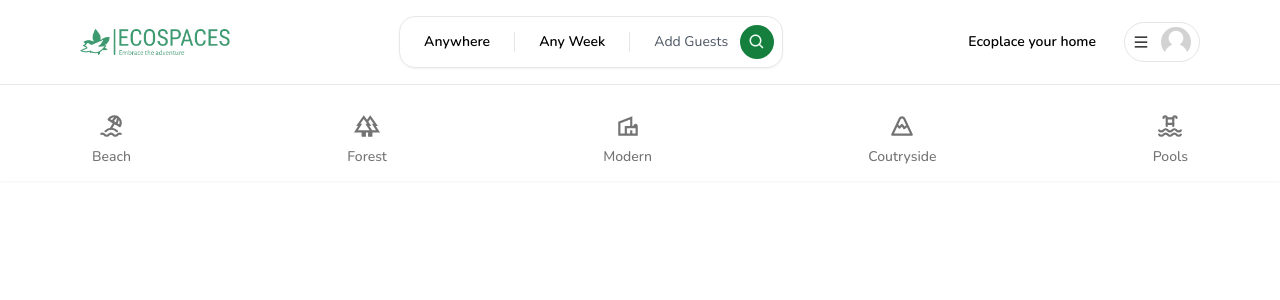
Repository: LubegaH/Ecospaces
Page: /
An editor plug-in stored every save of this project. The page is shown before and after the next save, followed by the edit.
The browser window is 1280 px wide. The pictures show the whole page.
The page's requests for data from a server got no answer. The project was rebuilt for these pictures with package versions that can differ from the ones it lists, and the page was loaded fresh each time. The framework's server and built-in components were replaced by stand-ins that run in the browser. No one was signed in, and anything a server would have sent is missing. Also part of the build but not shown: next.config.js, app/components/nabar/MenuItem.tsx, app/components/Button.tsx, app/components/modals/Modal.tsx, app/components/Heading.tsx, app/components/input/Input.tsx.

Above is the page before, as saved 2023-08-11 19:04:36.

### app/layout.tsx
import './globals.css';
import { Nunito } from 'next/font/google';
import React from 'react';
import Navbar from '@/app/components/nabar/Navbar';
import ClientOnly from '@/app/components/ClientOnly';
import RegisterModel from '@/app/components/modals/RegisterModel';
import Modal from '@/app/components/modals/Modal';
import ToasterProvider from './providers/ToasterProvider';
import LoginModel from './components/modals/LoginModel';
import getCurrentUser from './actions/getCurrentUser';

const nunito = Nunito({ subsets: ['latin'] });

export const metadata = {
  title: 'Ecospaces',
  description: 'The quickest way to find lodges',
};

export default async function RootLayout({
  children,
}: {
  children: React.ReactNode;
}) {
  const currentUser = await getCurrentUser();
  return (
    <html lang='en'>
      <body className={nunito.className}>
        <ClientOnly>
          {/*<Modal title={'Hello World'} isOpen actionLabel="Sign In"/>*/}
          <ToasterProvider />
          <RegisterModel />
          <LoginModel />
          <Navbar currentUser={currentUser} />
        </ClientOnly>

        {children}
      </body>
    </html>
  );
}

### app/components/nabar/Navbar.tsx
'use client';
import Container from '../Container';
import Logo from '@/app/components/nabar/Logo';
import Search from '@/app/components/nabar/Search';
import UserMenu from '@/app/components/nabar/UserMenu';
import { SafeUser } from '@/app/types';
import Categories from './Categories';

interface NavbarProps {
  currentUser?: SafeUser | null;
}

const Navbar: React.FC<NavbarProps> = ({ currentUser }) => {
  return (
    <div className='fixed w-full bg-white z-10 shadow-sm'>
      <div className='py-4 border-b-[1px]'>
        <Container>
          <div
            className='
                    flex
                    flex-row
                    items-center
                    justify-between
                    gap-3
                    md:gap-0'
          >
            <Logo />
            <Search />
            <UserMenu currentUser={currentUser} />
          </div>
        </Container>
      </div>
      <Categories />
    </div>
  );
};

export default Navbar;

### app/components/ClientOnly.tsx
'use client';

import React, {useEffect, useState} from "react";

interface ClientOnlyProps{
    children: React.ReactNode;
}

const ClientOnly: React.FC<ClientOnlyProps> = ({children}) => {
    const [hasMounted, setHasMounted] = useState(false)

    useEffect(() => {
        setHasMounted(true)
    }, []);

    if(!hasMounted) {
        return null;
    }
    return(
        <>
            {children}
        </>
    )
}

export default ClientOnly

### app/components/modals/RegisterModel.tsx
'use client';

/**
 * RegisterModel Component
 *
 * A component for the registration modal in the application.
 *
 * Props:
 * - None
 *
 * Usage:
 * ```tsx
 * <RegisterModel />
 * ```
 */

import axios from 'axios';
import { AiFillGithub } from 'react-icons/ai';
import { FcGoogle } from 'react-icons/fc';
import { useState, useCallback } from 'react';
import {
  FieldValue,
  FieldValues,
  SubmitHandler,
  useForm,
} from 'react-hook-form';
import useRegisterModal from '@/app/hooks/useRegisterModal';
import Modal from './Modal';
import Heading from '../Heading';
import Input from '../input/Input';
import { toast } from 'react-hot-toast';
import Button from '../Button';
import { signIn } from 'next-auth/react';

/**
 * RegisterModel Component
 *
 * A component for the registration modal in the application.
 *
 * @returns The RegisterModel component.
 */

const RegisterModel = () => {
  const registerModal = useRegisterModal();
  const [isLoading, setIsLoading] = useState(false);

  /**
   * React Hook Form configuration
   */
  const {
    register,
    handleSubmit,
    formState: { errors },
  } = useForm<FieldValues>({
    defaultValues: {
      name: '',
      email: '',
      password: '',
    },
  });

  /**
   * Form submission handler
   *
   * @param data - The form data submitted by the user.
   */
  const onSubmit: SubmitHandler<FieldValues> = (data) => {
    setIsLoading(true);
    axios
      .post('/api/register', data)
      .then(() => {
        // Registration successful
        registerModal.onClose();
      })
      .then(() => {
        registerModal.onClose();
      })
      .catch((error) => {
        // Error occurred during registration
        toast.error('Oops! Something went wrong...');
      })
      .finally(() => {
        // Reset loading state
        setIsLoading(false);
      });
  };

  /**
   * JSX content for the modal body
   */
  const bodyContent = (
    <div className='flex flex-col gap-4'>
      <Heading title='Welcome to Ecospaces' subtitle='Create an account' />
      <Input
        id='email'
        register={register}
        label='Email'
        disabled={isLoading}
        errors={errors}
        required
      />
      <Input
        id='name'
        register={register}
        label='Name'
        disabled={isLoading}
        errors={errors}
        required
      />
      <Input
        id='password'
        type='password'
        register={register}
        label='Password'
        disabled={isLoading}
        errors={errors}
        required
      />
    </div>
  );

  const footerContent = (
    <div className='flex flex-col gap-4 mt-3'>
      <hr />
      {/* TODO: Fix github-auth error */}
      <Button
        outline
        label='Continue with Google'
        icon={FcGoogle}
        onClick={() => signIn('google')}
      />
      {/* TODO: Fix google-auth error */}
      <Button
        outline
        label='Continue with Github'
        icon={AiFillGithub}
        onClick={() => signIn('github')}
      />
      <div className='text-neutral-500 text-center mt-4 font-light'>
        <div className='flex flex-row items-center gap-2 justify-center'>
          <div>Already have an account?</div>
          <div
            onClick={registerModal.onClose}
            className='text-green-700 cursor-pointer hover:underline font-semibold'
          >
            Log in
          </div>
        </div>
      </div>
    </div>
  );

  return (
    <Modal
      isOpen={registerModal.isOpen}
      disabled={isLoading}
      title='Register'
      actionLabel='Continue'
      onClose={registerModal.onClose}
      onSubmit={handleSubmit(onSubmit)}
      body={bodyContent}
      footer={footerContent}
    />
  );
};

export default RegisterModel;

### app/components/modals/LoginModel.tsx
'use client';

import axios from 'axios';
import { AiFillGithub } from 'react-icons/ai';
import { FcGoogle } from 'react-icons/fc';
import { useState, useCallback } from 'react';
import {
  FieldValue,
  FieldValues,
  SubmitHandler,
  useForm,
} from 'react-hook-form';
import useRegisterModal from '@/app/hooks/useRegisterModal';
import useLoginModel from '@/app/hooks/useLoginModal';
import Modal from './Modal';
import Heading from '../Heading';
import Input from '../input/Input';
import { toast } from 'react-hot-toast';
import Button from '../Button';
import { signIn } from 'next-auth/react';
import { useRouter } from 'next/navigation';

/**
 * LoginModel Component
 *
 * A component for the registration modal in the application.
 *
 * @returns The LoginModel component.
 */

const LoginModel = () => {
  const registerModal = useRegisterModal();
  const loginModal = useLoginModel();
  const [isLoading, setIsLoading] = useState(false);
  const router = useRouter();

  /**
   * React Hook Form configuration
   */
  const {
    register,
    handleSubmit,
    formState: { errors },
  } = useForm<FieldValues>({
    defaultValues: {
      email: '',
      password: '',
    },
  });

  /**
   * Form submission handler
   *
   * @param data - The form data submitted by the user.
   */
  const onSubmit: SubmitHandler<FieldValues> = (data) => {
    setIsLoading(true);

    signIn('credentials', {
      ...data,
      redirect: false,
    }).then((callback) => {
      setIsLoading(false);

      if (callback?.ok) {
        toast.success('You are in!');
        router.refresh();
        loginModal.onClose();
      }

      if (callback?.error) {
        toast.error(callback.error);
      }
    });
  };

  /**
   * JSX content for the modal body
   */
  const bodyContent = (
    <div className='flex flex-col gap-4'>
      <Heading
        title='Happy to see you back!'
        subtitle='Login to your account'
      />
      <Input
        id='email'
        register={register}
        label='Email'
        disabled={isLoading}
        errors={errors}
        required
      />
      <Input
        id='password'
        type='password'
        register={register}
        label='Password'
        disabled={isLoading}
        errors={errors}
        required
      />
    </div>
  );

  const footerContent = (
    <div className='flex flex-col gap-4 mt-3'>
      <hr />
      <Button
        outline
        label='Continue with Google'
        icon={FcGoogle}
        onClick={() => signIn('google')}
      />
      <Button
        outline
        label='Continue with Github'
        icon={AiFillGithub}
        onClick={() => signIn('github')}
      />
      <div className='text-neutral-500 text-center mt-4 font-light'>
        <div className='flex flex-row items-center gap-2 justify-center'>
          <div>Already have an account?</div>
          <div
            onClick={registerModal.onClose}
            className='text-green-700 cursor-pointer hover:underline font-semibold'
          >
            Log in
          </div>
        </div>
      </div>
    </div>
  );

  return (
    <Modal
      isOpen={loginModal.isOpen}
      disabled={isLoading}
      title='Login'
      actionLabel='Continue'
      onClose={loginModal.onClose}
      onSubmit={handleSubmit(onSubmit)}
      body={bodyContent}
      footer={footerContent}
    />
  );
};

export default LoginModel;

### app/actions/getCurrentUser.ts
import { getServerSession } from 'next-auth/next';
import { authOptions } from '@/pages/api/auth/[...nextauth]';
import prisma from '@/app/libs/prismadb';

export async function getSession() {
  return await getServerSession(authOptions);
}

export default async function getCurrentUser() {
  try {
    const session = await getSession();

    if (!session?.user?.email) {
      return null;
    }

    const currentUser = await prisma.user.findUnique({
      where: {
        email: session.user.email as string,
      },
    });

    if (!currentUser) {
      return null;
    }
    return {
      ...currentUser,
      createdAt: currentUser.createdAt.toISOString(),
      updatedAt: currentUser.updatedAt.toISOString(),
      emailVerified: currentUser.emailVerified?.toISOString() || null,
    };
  } catch (error: any) {
    return null;
  }
}

### app/components/Container.tsx
'use client';

import React from "react";

interface ContainerProps {
    children: React.ReactNode
}
const Container: React.FC<ContainerProps> = ({children}) => {
    return (
        <div className="max-w-[2520px]
        mx-auto
        xl:px-20
        md:px-10
        sm:px-2
        px-4"> {children}</div>
    )
}

export default Container;

### app/components/nabar/Logo.tsx
'use client'

import Image from 'next/image'
import {useRouter} from "next/navigation";

const Logo = () => {
    const router = useRouter()

    return (
        <Image
            src="/images/ecospace_logo.png"
            alt="Logo"
            className="hidden md:block cursor-pointer"
            width="150"
            height="150"
        />
    )
}

export default Logo

### app/components/nabar/Search.tsx
'use client'

import {BiSearch} from "react-icons/bi";

const Search = () => {

    return (
        <div className="
        border-[1px]
        w-full
        md:w-auto
        py-2
        rounded-2xl
        shadow-sm
        hover:shadow-md
        transition
        cursor-pointer">

            <div className="flex flex-row items-center justify-between">
                <div className="text-sm font-semibold px-6">Anywhere</div>
                <div className="
                hidden
                sm:block
                text-sm
                font-semibold
                px-6
                border-x-[1px]
                flex-1
                text-center">
                    Any Week
                </div>
                <div className="
                text-sm
                pl-6
                pr-2
                text-gray-600
                flex
                flex-row
                items-center
                gap-3">
                    <div className="hidden sm:block">Add Guests</div>
                    <div className="p-2 bg-green-700 rounded-full text-green-50">
                        <BiSearch size={18}/>
                    </div>
                </div>
            </div>
        </div>
    );
}

export default Search

### app/components/nabar/UserMenu.tsx
'use client';

import { AiOutlineMenu } from 'react-icons/ai';
import Avatar from '@/app/components/Avatar';
import React, { useCallback, useState } from 'react';
import MenuItem from '@/app/components/nabar/MenuItem';
import useRegisterModel from '@/app/hooks/useRegisterModal';
import useLoginModel from '@/app/hooks/useLoginModal';
import { signOut } from 'next-auth/react';
import { SafeUser } from '@/app/types';

interface UserMenuProps {
  currentUser?: SafeUser | null;
}

const UserMenu: React.FC<UserMenuProps> = ({ currentUser }) => {
  const [isOpen, setIsOpen] = useState(false);
  const regiserModal = useRegisterModel();
  const loginModal = useLoginModel();

  const toggleOpen = useCallback(() => {
    setIsOpen((value) => !value);
  }, []);

  return (
    <div className='relative'>
      <div className='flex flex-row items-center gap-3'>
        <div
          className='
                hidden
                md:block
                text-sm
                font-semibold
                py-3
                px-4
                rounded-full
                hover:bg-neutral-100
                transition
                cursor-pointer'
          onClick={() => {}}
        >
          Ecoplace your home
        </div>
        <div
          onClick={toggleOpen}
          className='
                p-4
                md:py-1
                md:px-2
                border-[1px]
                border-neutral-200
                flex
                flex-row
                items-center
                gap-3
                rounded-full
                cursor-pointer
                hover:shadow-md
                transtion'
        >
          <AiOutlineMenu />
          <div className='hidden md:block'>
            <Avatar src={currentUser?.image} />
          </div>
        </div>
      </div>
      {isOpen && (
        <div
          className='
                absolute
                rounded-xl
                shadow-md
                w-[40vw]
                md:w-3/4
                bg-white
                overflow-hidden
                right-0
                top-12
                text-sm'
        >
          <div className='flex flex-col cursor-pointer'>
            {currentUser ? (
              <>
                <MenuItem onClick={() => {}} label='My trips' />
                <MenuItem onClick={() => {}} label='My favorites' />
                <MenuItem onClick={() => {}} label='My reservations' />
                <MenuItem onClick={() => {}} label='My properties' />
                <MenuItem onClick={() => {}} label='Ecoplace my home' />
                <hr />
                <MenuItem onClick={() => signOut()} label='Logout' />
              </>
            ) : (
              <>
                <MenuItem onClick={loginModal.onOpen} label='Login' />
                <MenuItem onClick={regiserModal.onOpen} label='Sign Up' />
              </>
            )}
          </div>
        </div>
      )}
    </div>
  );
};

export default UserMenu;

### app/components/nabar/Categories.tsx
import Container from '../Container';
import { TbBeach, TbMountain, TbPool } from 'react-icons/tb';

import { MdOutlineVilla } from 'react-icons/md';
import { MdOutlineForest } from 'react-icons/md';

import CategoryBox from '../CategoryBox';
import { usePathname, useSearchParams } from 'next/navigation';

export const categories = [
  {
    label: 'Beach',
    icon: TbBeach,
    description: 'Close to the beach, you will enjoy the breeze',
  },
  {
    label: 'Forest',
    icon: MdOutlineForest,
    description: 'Interesting property with a windmill',
  },
  {
    label: 'Modern',
    icon: MdOutlineVilla,
    description: 'Modern villa for the 21st century',
  },
  {
    label: 'Coutryside',
    icon: TbMountain,
    description: 'Exquisite living in the country side',
  },
  {
    label: 'Pools',
    icon: TbPool,
    description: 'Exquisite living in the country side',
  },
];

const Categories = () => {
  const params = useSearchParams();
  const category = params?.get('category');
  const pathName = usePathname();

  const isMainPage = pathName === '/';
  if (!isMainPage) {
    return null;
  }

  return (
    <Container>
      <div
        className='
            pt-4
            flex
            flex-row
            items-center
            justify-between
            overflow-x-auto
        '
      >
        {categories.map((item) => (
          <CategoryBox
            key={item.label}
            label={item.label}
            selected={category === item.label}
            icon={item.icon}
          />
        ))}
      </div>
    </Container>
  );
};

export default Categories;

### app/hooks/useRegisterModal.ts
import { create } from 'zustand';

interface RegisterModelStore {
  isOpen: boolean;
  onOpen: () => void;
  onClose: () => void;
}

const useRegisterModel = create<RegisterModelStore>((set) => ({
  isOpen: false,
  onOpen: () => set({ isOpen: true }),
  onClose: () => set({ isOpen: false }),
}));

export default useRegisterModel;

### app/hooks/useLoginModal.ts
import { create } from 'zustand';

interface LoginModelStore {
  isOpen: boolean;
  onOpen: () => void;
  onClose: () => void;
}

const useLoginModel = create<LoginModelStore>((set) => ({
  isOpen: false,
  onOpen: () => set({ isOpen: true }),
  onClose: () => set({ isOpen: false }),
}));

export default useLoginModel;

### pages/api/auth/[...nextauth].ts
/**
 * Authentication Options and Configuration
 *
 * This module contains the authentication options and configuration for NextAuth.js.
 * It sets up various authentication providers, such as Google, GitHub, and Credentials (local).
 * Additionally, it defines an authorization function for the Credentials provider to handle local user authentication.
 * The authentication options and configuration are exported and used in the main NextAuth.js configuration file.
 */

import { PrismaAdapter } from '@next-auth/prisma-adapter';
import NextAuth, { AuthOptions } from 'next-auth';
import GoogleProvider from 'next-auth/providers/google';
import CredentialsProvider from 'next-auth/providers/credentials';
import GithubProvider from 'next-auth/providers/google';
import bcrypt from 'bcrypt';

import prisma from '@/app/libs/prismadb';

/**
 * Authentication Options and Configuration
 *
 * The `authOptions` object defines the authentication configuration for NextAuth.js.
 *
 * @property {PrismaAdapter} adapter - The PrismaAdapter instance to handle user authentication and session management with Prisma.
 * @property {Array} providers - An array of authentication providers used for user login (Google, GitHub, Credentials).
 * @property {Object} pages - Custom pages for authentication (signIn, signOut, error).
 * @property {boolean} debug - Whether to enable debug mode in development.
 * @property {Object} session - Session configuration options (strategy).
 * @property {string} secret - The secret used to sign and encrypt cookies (NEXTAUTH_SECRET environment variable).
 */

export const authOptions: AuthOptions = {
  adapter: PrismaAdapter(prisma),
  providers: [
    GithubProvider({
      clientId: process.env.GITHUB_ID as string,
      clientSecret: process.env.GITHUB_SECRET as string,
    }),
    GoogleProvider({
      clientId: process.env.GOOGLE_CLIENT_ID as string,
      clientSecret: process.env.GOOGLE_CLIENT_SECRET as string,
    }),
    CredentialsProvider({
      name: 'credentials',
      credentials: {
        email: { label: 'email', type: 'text' },
        password: { label: 'password', type: 'password' },
      },
      async authorize(credentials, req) {
        // Custom authorization function for the Credentials provider
        if (!credentials?.email || !credentials?.password) {
          throw new Error('Email and password do not match');
        }

        const user = await prisma.user.findUnique({
          where: {
            email: credentials.email,
          },
        });
        if (!user || !user?.hashedPassword) {
          throw new Error('Invalid credentials or user does not exist!');
        }
        const isCorrectPassword = await bcrypt.compare(
          credentials.password,
          user.hashedPassword
        );
        if (!isCorrectPassword) {
          throw new Error('Invalid Password');
        }
        return user;
      },
    }),
  ],
  pages: {
    signIn: '/', // Custom sign-in page
  },
  debug: process.env.NODE_ENV === 'development',
  session: {
    strategy: 'jwt', // Session strategy using JWT
  },
  secret: process.env.NEXTAUTH_SECRET, // Secret used to sign and encrypt cookies
};

export default NextAuth(authOptions);

### app/components/Avatar.tsx
'use client';
import Image from 'next/image';

interface AvatarProps {
  src: string | null | undefined;
}

const Avatar: React.FC<AvatarProps> = ({ src }) => {
  return (
    <Image
      className='rounded-full'
      height='30'
      width='30'
      src={src || '/images/placeholder.jpg'}
      alt='Avatar'
    />
  );
};

export default Avatar;

### app/components/CategoryBox.tsx
import { useRouter, useSearchParams } from 'next/navigation';
import { useCallback } from 'react';
import { IconType } from 'react-icons';
import qs from 'query-string';

interface CategoryBoxProps {
  icon: IconType;
  label: string;
  selected?: boolean;
}

const CategoryBox: React.FC<CategoryBoxProps> = ({
  icon: Icon,
  label,
  selected,
}) => {
  const router = useRouter();
  const params = useSearchParams();

  const handleClick = useCallback(() => {
    let currentQuery = {};

    if (params) {
      currentQuery = qs.parse(params.toString());
    }
    const updatedQuery: any = {
      ...currentQuery,
      category: label,
    };

    if (params?.get(`category`) === label) {
      delete updatedQuery.category;
    }

    const url = qs.stringifyUrl(
      {
        url: '/',
        query: updatedQuery,
      },
      { skipNull: true }
    );
    router.push(url);
  }, [label, params, router]);

  return (
    <div
      onClick={handleClick}
      className={`flex flex-col items-center justify-center gap-2 p-3 border-b-2 hover:text-neutral-800 transition cursor-pointer ${
        selected ? 'border-b-neutral-800' : 'border-transparent'
      } ${selected ? 'text-neutral-800' : 'text-neutral-500'}`}
    >
      <Icon size={26} />
      <div className='font-medium text-sm'>{label}</div>
    </div>
  );
};

export default CategoryBox;

Loaded but not shown: app/page.tsx (common file); app/globals.css (common file); app/providers/ToasterProvider.tsx (common file); app/libs/prismadb.ts (common file); tailwind.config.js (common file)

After the next save:
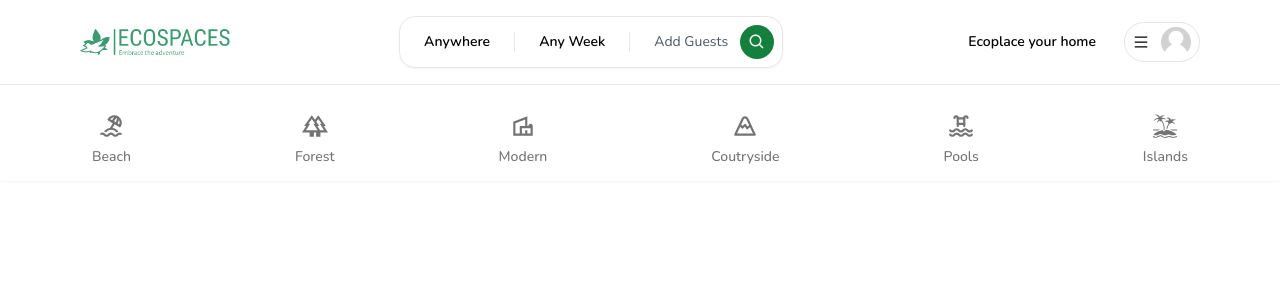
Saved 7 days later.
--- a/app/components/nabar/Categories.tsx
+++ b/app/components/nabar/Categories.tsx
@@ -3,6 +3,7 @@ import { TbBeach, TbMountain, TbPool } from 'react-icons/tb';
 
 import { MdOutlineVilla } from 'react-icons/md';
 import { MdOutlineForest } from 'react-icons/md';
+import {GiIsland} from 'react-icons/gi'
 
 import CategoryBox from '../CategoryBox';
 import { usePathname, useSearchParams } from 'next/navigation';
@@ -33,6 +34,12 @@ export const categories = [
     icon: TbPool,
     description: 'Exquisite living in the country side',
   },
+  {
+    label: 'Islands',
+    icon: GiIsland,
+    description: 'Executive stay on an Island',
+  },
+
 ];
 
 const Categories = () => {
